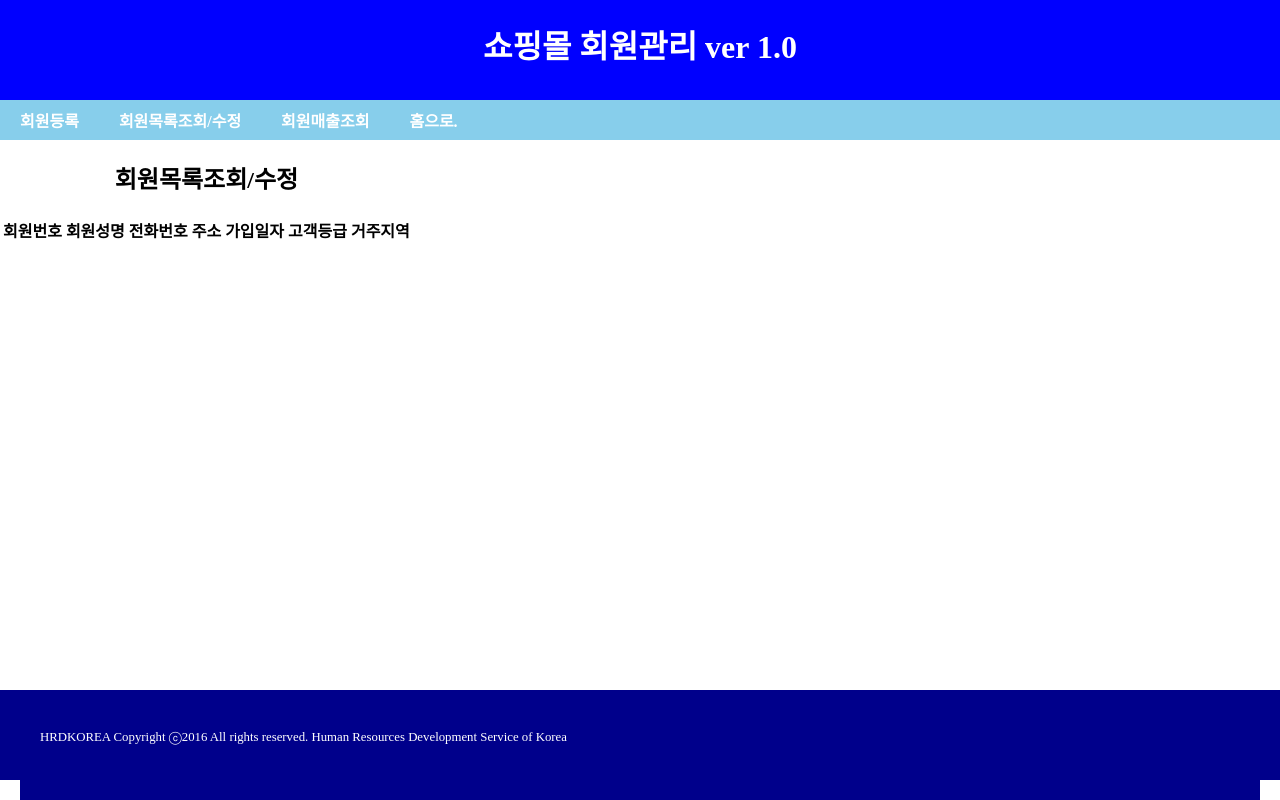
Repository: GotChun/DH_JSP
Page: http://localhost/HRD_1234/memberInfo.jsp
An editor plug-in stored every save of this project. The page is shown before and after the next save, followed by the edit.
The browser window is 1280 px wide. The pictures show the whole page.
The page is served by Tomcat 9. Other server files are loaded and not shown.

Above is the page before, as saved 2024-10-25 02:14:04.

### hrdkorea/HRD_1234/src/main/webapp/memberInfo.jsp
<%@ page language="java" contentType="text/html; charset=UTF-8"
    pageEncoding="UTF-8"%>
<!DOCTYPE html>
<html>
<head>
<meta charset="UTF-8">
<title>Insert title here</title>
<style>
	body{margin:0;padding:0;}

	section{height:calc(100vh - 170px);}
</style>
</head>

<body>

<div class="wrapper">
	<%@ include file="layout/header.jsp" %>
	<section>
		<table>
			<caption><h2>회원목록조회/수정</h2></caption>
				<thead>
				<tr>
					<th>회원번호</th>
					<th>회원성명</th>
					<th>전화번호</th>
					<th>주소</th>
					<th>가입일자</th>
					<th>고객등급</th>
					<th>거주지역</th>
				</tr>
				</thead>
				<tbody></tbody>

		</table>
	</section>

	<footer>
	<%@ include file="layout/footer.jsp" %>

	</footer>
</div>


</body>
</html>

### hrdkorea/HRD_1234/src/main/webapp/layout/header.jsp
<%@ page language="java" contentType="text/html; charset=UTF-8"
	pageEncoding="UTF-8"%>
<style>
header {
	height: 100px;
	background-color: blue;
	color: white;
	display:flex;
	justify-content:center;
	text-align:center;
}
nav{height:40px;
	background-color:skyblue;}
nav>ul{
height:100%;
	list-style:none;margin:0;padding:0;
	display:flex;
	justify-content:left;
	align-items:center;}
nav>ul>li{padding:0 20px;}
nav>ul>li>a{
	display:block;
	text-decoration:none;
	color:white;
	font-weight:600;}

</style>


<header>
	<h1>쇼핑몰 회원관리 ver 1.0</h1>
</header>
<nav>
	<ul>
		<li><a href="">회원등록</a></li>
		<li><a href="">회원목록조회/수정</a></li>
		<li><a href="">회원매출조회</a></li>
		<li><a href="">홈으로.</a></li>
	</ul>
</nav>

### hrdkorea/HRD_1234/src/main/webapp/layout/footer.jsp
<%@ page language="java" contentType="text/html; charset=UTF-8"
    pageEncoding="UTF-8"%>
<style>
	footer{
		height:50px;
		padding:20px;
		background-color:darkblue;
		color:white;
		font-size:.8rem;
		}
</style>

    <footer>
    	HRDKOREA Copyright ⓒ2016 All rights reserved. Human Resources Development Service of Korea
    </footer>

After the next save:
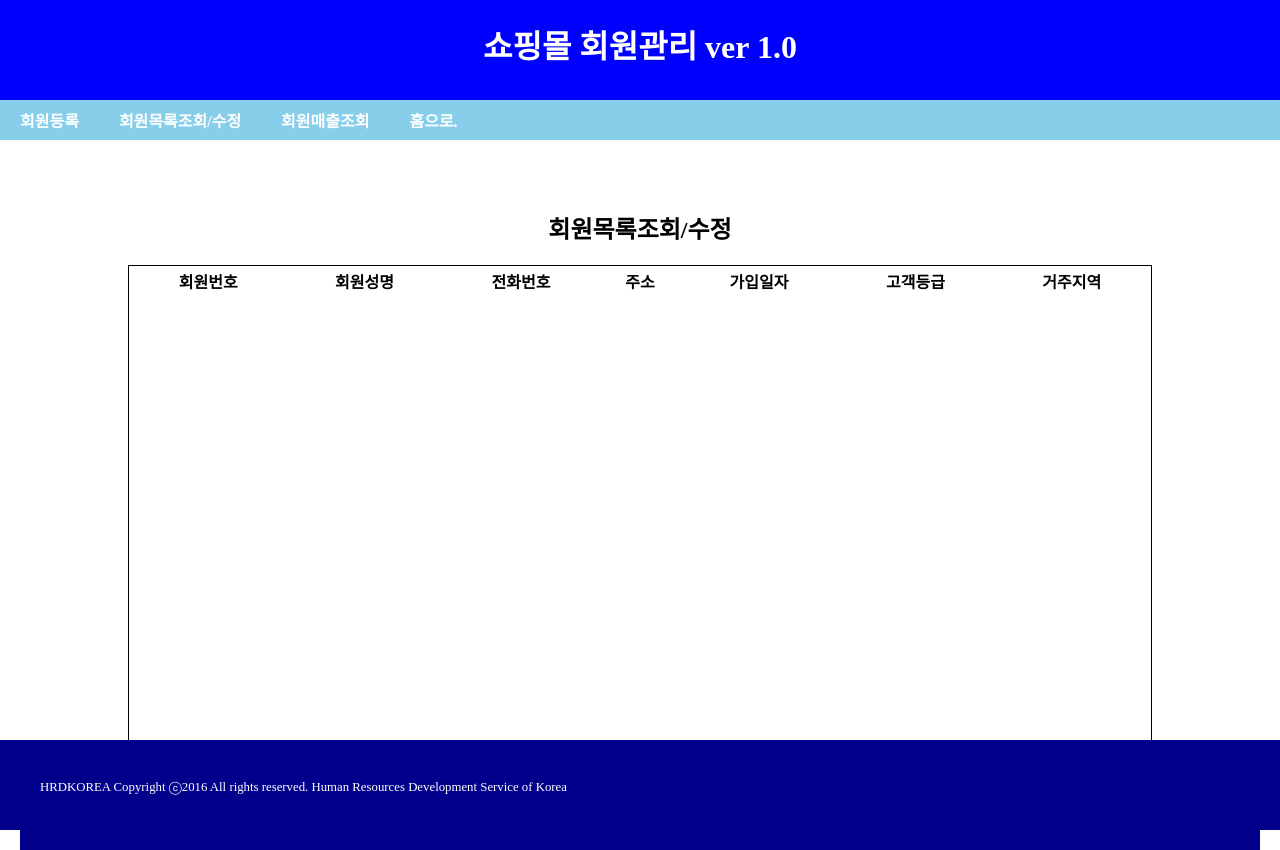
Saved 48 s later.
--- a/hrdkorea/HRD_1234/src/main/webapp/memberInfo.jsp
+++ b/hrdkorea/HRD_1234/src/main/webapp/memberInfo.jsp
@@ -17,7 +17,7 @@
 <div class="wrapper">
 	<%@ include file="layout/header.jsp" %>
 	<section>
-		<table>
+		<table style="width:80vw;height:500px;margin:50px auto;border:1px solid;">
 			<caption><h2>회원목록조회/수정</h2></caption>
 				<thead>
 				<tr>
